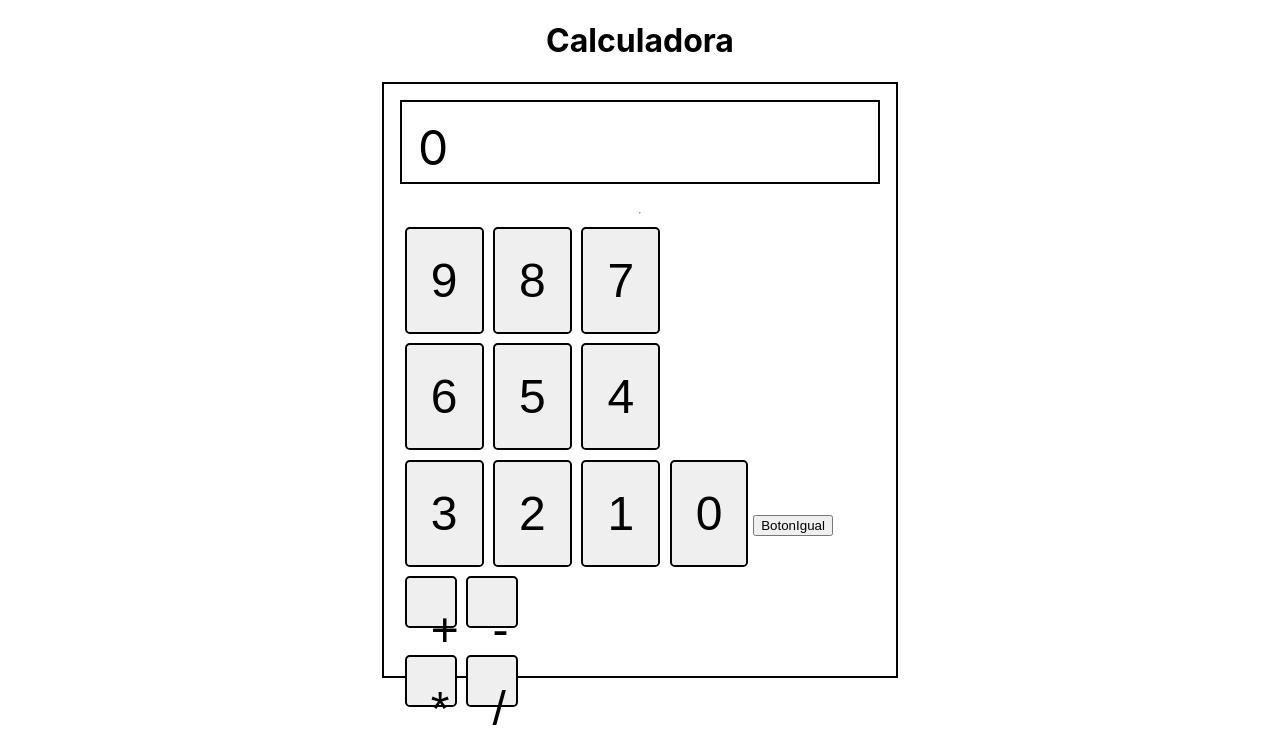
Repository: yamaka/curso-react-febrero-2022
Page: /
An editor plug-in stored every save of this project. The page is shown before and after the next save, followed by the edit.
The browser window is 1280 px wide. The pictures show the whole page.
The project was rebuilt for these pictures with package versions that can differ from the ones it lists, and the page was loaded fresh each time. Also part of the build but not shown: src/App.css, src/components/Zanahoria/Zanahoria.css, src/components/Zanahoria/Zanahoria.js, src/components/Zanahorias/Zanahorias.js, src/components/Lechuga/Lechuga.css, src/components/Lechuga/Lechuga.js, src/components/Calculadora/Calculadora.css, src/components/Calculadora/Calculadora.js and 3 more.

Above is the page before, as saved 2022-03-02 18:13:05.

### src/index.js
import React from 'react';
import ReactDOM from 'react-dom';
import './index.css';
import App from './App';
import reportWebVitals from './reportWebVitals';

ReactDOM.render(
  <React.StrictMode>
    <App />
  </React.StrictMode>,
  document.getElementById('root')
);

// If you want to start measuring performance in your app, pass a function
// to log results (for example: reportWebVitals(console.log))
// or send to an analytics endpoint. Learn more: https://bit.ly/CRA-vitals
reportWebVitals();

### src/App.js
import logo from './logo.svg';
import './App.css';
import Zanahorias from './components/Zanahorias/Zanahorias';
import Lechuga from './components/Lechuga/Lechuga';
import Calculadora from './components/Calculadora/Calculadora';
import CiclosVida from './components/CiclosVida/CiclosVida';
import CalculadoraHooks from './hooks/Calculadora/Calculadora'

function App() {
  return (
    <div style={{
      display: 'flex',
      flexDirection: 'column',
      justifyContent: 'center',
      alignItems: 'center'
    }}>
      {/* componentes sin estado  */}
      {/* <h1>Componentes sin estado  funcionales</h1>
      <h2>Verduleria</h2>
      <Zanahorias titulo={"zanahorias super economicas"} cantidad={3} />  */}
        {/* hacer lo mismo con lechugas */}
      {/* componentes con estado */}
      {/* <h1>componentes con estado como clase</h1>
      <Calculadora/> */}
      {/* <CiclosVida/> */}
      <CalculadoraHooks/>
    </div>
  );
}

export default App;

### src/hooks/Calculadora/Calculadora.js
//componentes como funcionales con estado
import React, { useState } from "react";
import Input from "../components/Input/Input";
import BotonNumerico from "../components/BotonNumerico/BotonNumerico";
import BotonOperacion from "../components/BotonOperacion/BotonOperacion";
import BotonIgual from "../components/BotonIgual/BotonIgual";

import "./Calculadora.css";

const Calculadora = () => {
  const [display, setDisplay] = useState("0");
  const [operandoA, setOperandoA] = useState(0);
  const [operandoB, setOperandoB] = useState(0);
  const [operacion, setOperacion] = useState("+");

  const onPressNumerico = (numero) => {
    if (operandoA == 0) {
      setOperandoA(numero);
      setDisplay(numero);
    } else {
      setOperandoB(numero);
      setDisplay(display + numero);
    }
  };

  const onPressOperacion = (operacion) => {
    setOperacion(operacion);
    setDisplay(display + operacion);
  };

  const calcular = () => {
    switch (operacion) {
      case "+":
        setDisplay((parseInt(operandoA) + parseInt(operandoB)).toString());
    }
  };

  return (
    <div className="container">
      <h1>Calculadora</h1>
      <div className="calculadora-container">
        <Input value={display} />
        <br />
        <hr />
        <div
          style={{
            diplay: "flex",
            flex: 1,
            flexDirection: "row",
            justifyContent: "space-around",
          }}
        >
          <div style={{ flexDirection: "row" }}>
            <div
              style={{ display: "flex", flexDirection: "row", width: "480px" }}
            >
              <BotonNumerico value="9" onPress={onPressNumerico} />
              <BotonNumerico value="8" onPress={onPressNumerico} />
              <BotonNumerico value="7" onPress={onPressNumerico} />
            </div>
            <div
              style={{ display: "flex", flexDirection: "row", width: "480px" }}
            >
              <BotonNumerico value="6" onPress={onPressNumerico} />
              <BotonNumerico value="5" onPress={onPressNumerico} />
              <BotonNumerico value="4" onPress={onPressNumerico} />
            </div>
            <div
              style={{ display: "flex", flexDirection: "row", width: "480px" }}
            >
              <BotonNumerico value="3" onPress={onPressNumerico} />
              <BotonNumerico value="2" onPress={onPressNumerico} />
              <BotonNumerico value="1" onPress={onPressNumerico} />

              <div>
                <BotonNumerico value="0" onPress={onPressNumerico} />
                <BotonIgual onPress={calcular} />
              </div>
            </div>
          </div>
          <div
            style={{ diplay: "flex", flexDirection: "column", width: "30%" }}
          >
            <BotonOperacion operator="+" onPress={onPressOperacion} />
            <BotonOperacion operator="-" onPress={onPressOperacion} />
            <BotonOperacion operator="*" onPress={onPressOperacion} />
            <BotonOperacion operator="/" onPress={onPressOperacion} />
          </div>
        </div>
      </div>
    </div>
  );
};

export default Calculadora;

### src/hooks/components/Input/Input.js
import React from 'react'
import './Input.css'
//tarea que los numeros introduciodps vayan a la derecha

const Input = ({value}) => {
  return (
    <div className='input-container'><span>{value}</span></div>
  )
}

export default Input

### src/hooks/components/BotonNumerico/BotonNumerico.js
import React from 'react'
import './BotonNumerico.css';
const BotonNumerico = ({value, onPress}) => {
  return (
    <button className='boton-numerico' onClick={()=>onPress(value)}>{value}</button>
  )
}

export default BotonNumerico

### src/hooks/components/BotonOperacion/BotonOperacion.js
import React from 'react'
import './BotonOperacion.css';

const BotonOperacion = ({operator, onPress}) => {
  return (
    <button className='boton-operacion' onClick={()=> onPress(operator)}>{operator}</button>
  )
}

export default BotonOperacion

### src/hooks/components/BotonIgual/BotonIgual.js
import React from 'react'

const BotonIgual = ({onPress}) => {
  return (
    <button onClick={() => onPress()}>BotonIgual</button>
  )
}

export default BotonIgual

### src/hooks/Calculadora/Calculadora.css

.container{
    display: flex;
    flex: 1;
    flex-direction: column;
    align-items: center;

}
.calculadora-container{
    padding: 1rem;
    border: solid 1px;
    border-width: 2px;
    display: flex;
    flex-direction: column;
    width: 30rem;
    height: 35rem;
}

### src/hooks/components/Input/Input.css
.input-container{
    border: solid 1px;
    border-width: 2px;
    height: 3rem;
    font-size: 3rem;
    padding: 1rem;
}

### src/hooks/components/BotonNumerico/BotonNumerico.css
.boton-numerico {
  border: solid 2px;
  padding: 1.5rem;
  border-radius: 0.3rem;
  font-size: 3rem;

  margin: 0.3rem;
}

### src/hooks/components/BotonOperacion/BotonOperacion.css
.boton-operacion{
    border: solid 2px;
    padding:1.5rem;
    border-radius: .3rem;
    font-size: 3rem;
    height: 3rem;
    width: 1rem;
    margin:.3rem
}

Loaded but not shown: public/index.html (common file); src/index.css (common file); src/reportWebVitals.js (common file)

After the next save:
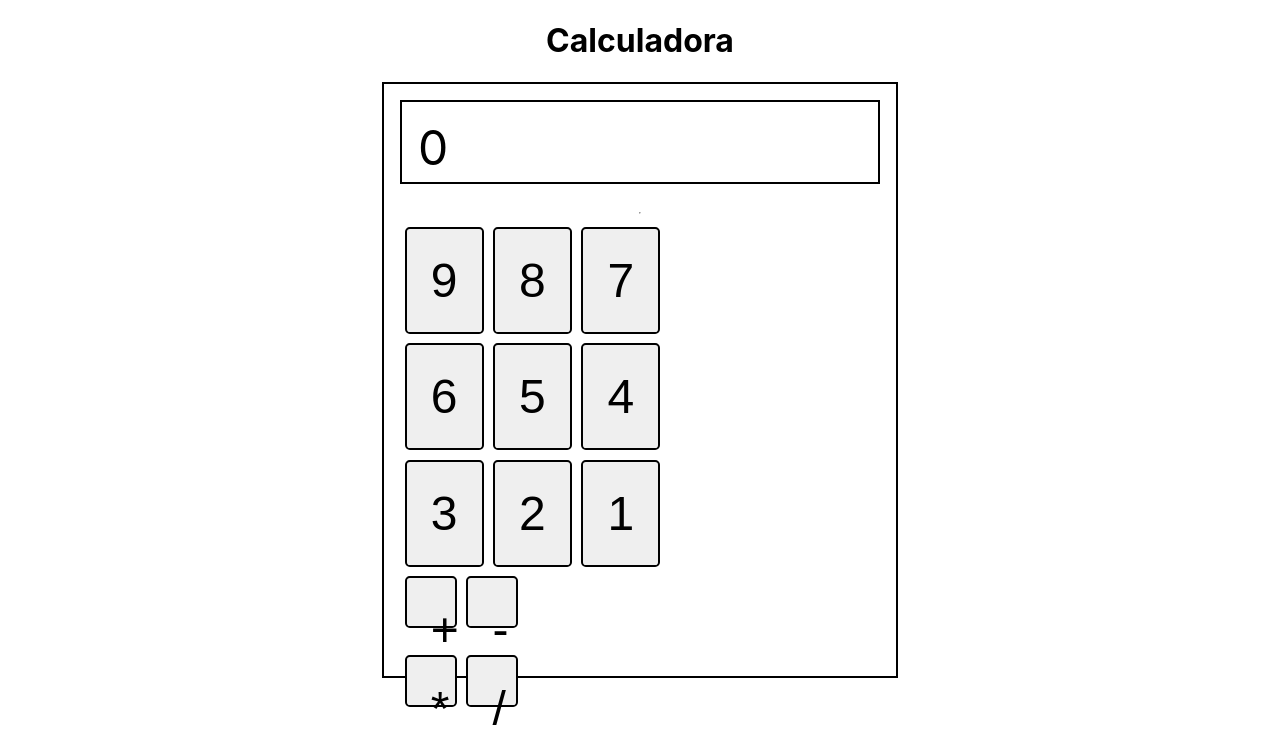
Saved 57 s later.
--- a/src/hooks/Calculadora/Calculadora.js
+++ b/src/hooks/Calculadora/Calculadora.js
@@ -71,11 +71,6 @@ const Calculadora = () => {
               <BotonNumerico value="3" onPress={onPressNumerico} />
               <BotonNumerico value="2" onPress={onPressNumerico} />
               <BotonNumerico value="1" onPress={onPressNumerico} />
-
-              <div>
-                <BotonNumerico value="0" onPress={onPressNumerico} />
-                <BotonIgual onPress={calcular} />
-              </div>
             </div>
           </div>
           <div
